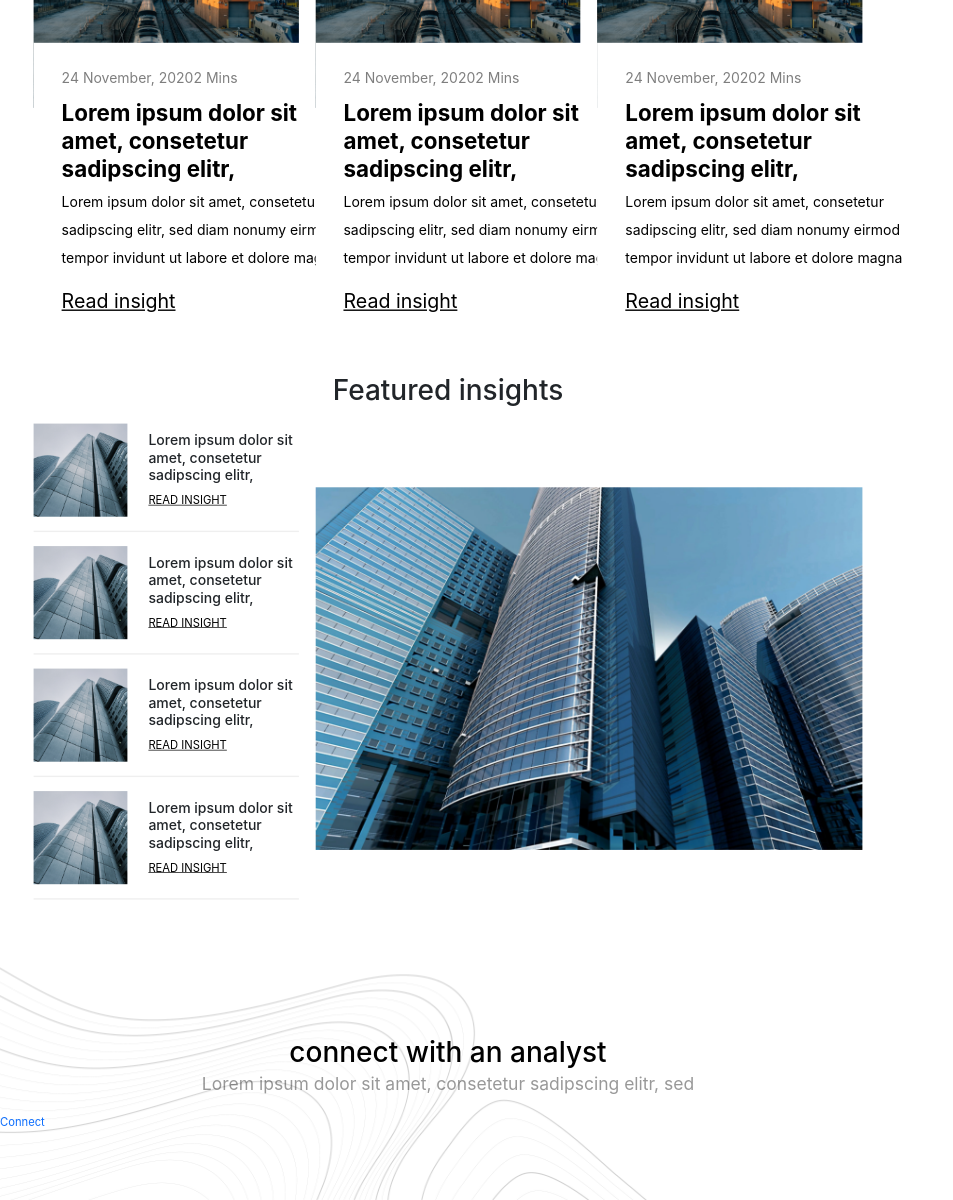
Repository: arif286/Business-webpage
Page: /
The author's editor kept a copy of each file at every save. The page is drawn from the files as they stood at one save, then again after the next save.
The browser window is 1280 px wide. The page is 1361 px wide, so the pictures cover 1361 px, including what lies to the right of the window. The pictures show the part of the page from y = 1503 to 3263 px (the page is 3217 px tall before and 3263 px after), at 70% of full size.
The project was rebuilt for these pictures with package versions that can differ from the ones it lists, and the page was loaded fresh each time. Also part of the build but not shown: src/components/MainHeader/MainHeader.css, src/components/NotFound/NotFound.js.

Above is the page before, as saved 2021-05-27 17:26:50.

After the next save:
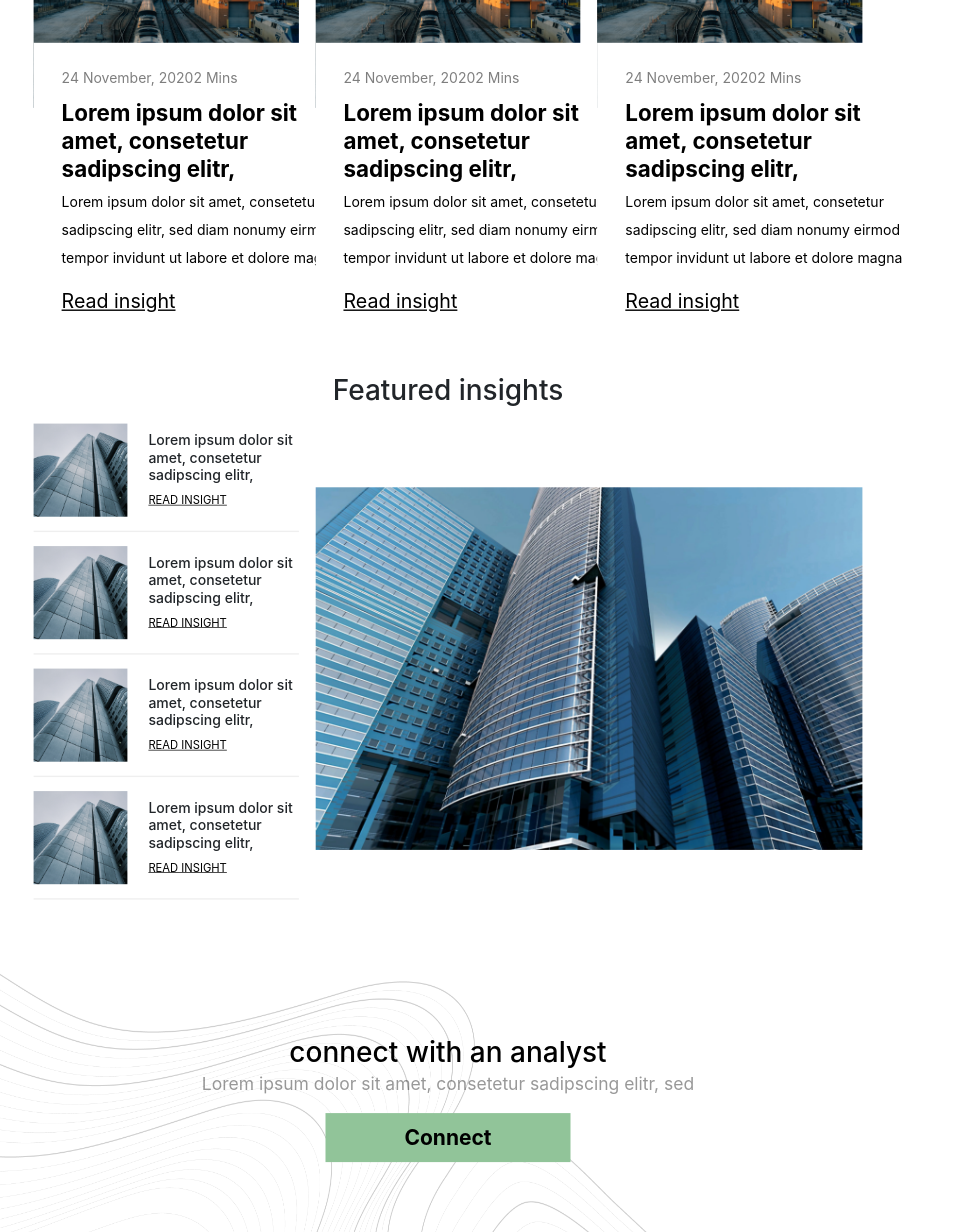
Saved 15 s later.
--- a/src/components/Contact/Contact.js
+++ b/src/components/Contact/Contact.js
@@ -7,8 +7,8 @@
         <div className="connect-wrap">
           <h3>connect with an analyst</h3>
           <p>Lorem ipsum dolor sit amet, consetetur sadipscing elitr, sed</p>
+          <a href="http">Connect</a>
         </div>
-        <a href="http">Connect</a>
       </div>
     );
 };
